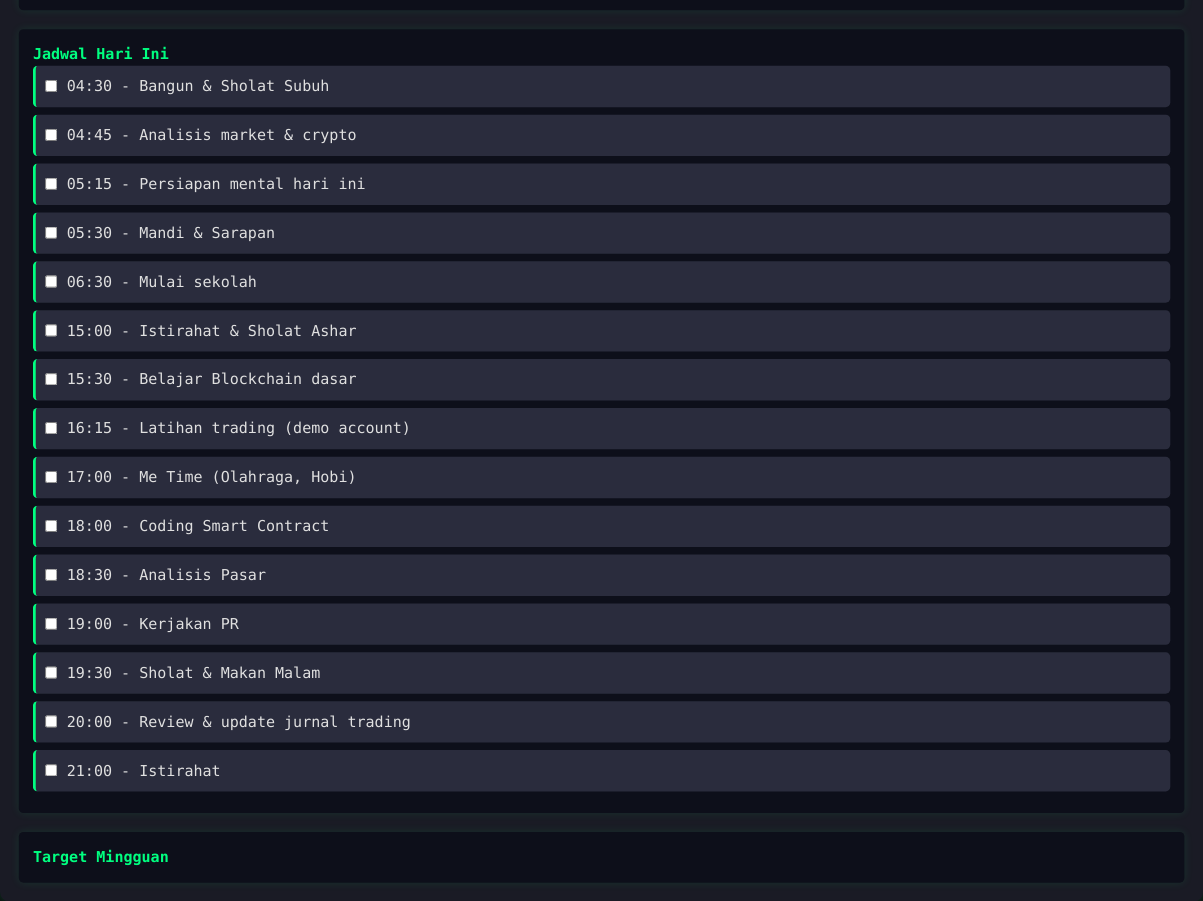
Repository: ALEX-RPL/To-Do-List
Page: index.html
These files come from the project's save history. The page is drawn as it stood at one moment and after the next save; the edit follows.
The browser window is 1280 px wide. The pictures show the whole page, at 94% of full size.
Some web libraries are served in a nearby version.

Above is the page before, as saved 2024-11-04 17:46:36.

### index.html
<!DOCTYPE html>
<html lang="id">
<head>
    <meta charset="UTF-8">
    <meta name="viewport" content="width=device-width, initial-scale=1.0">
    <title>Dashboard To-Do List Harian</title>
    <script src="https://cdn.tailwindcss.com"></script>
    <style>
        body {
            background-color: #0e0e10;
            color: #e0e0e0;
            font-family: Consolas, "Courier New", monospace;
            display: flex;
            justify-content: center;
            align-items: center;
            height: 100vh;
        }
        .container {
            max-width: 800px;
            padding: 20px;
            background: #1a1b25;
            border-radius: 10px;
            box-shadow: 0px 0px 10px rgba(0, 255, 128, 0.2);
        }
        .title {
            font-size: 2rem;
            color: #00ff80;
            text-align: center;
            margin-bottom: 20px;
        }
        .day-select {
            background-color: #2a2c3d;
            color: #e0e0e0;
            padding: 10px;
            border: 1px solid #00ff80;
            border-radius: 5px;
            width: 100%;
        }
        ul {
            list-style-type: none;
            padding: 0;
        }
        li {
            padding: 10px;
            background: #2a2c3d;
            margin-bottom: 8px;
            border-radius: 5px;
            border-left: 3px solid #00ff80;
            display: flex;
            align-items: center;
        }
        .highlight {
            color: #00ff80;
            font-weight: bold;
        }
        .card {
            background: #0d0f1a;
            padding: 15px;
            border-radius: 5px;
            margin-top: 20px;
            box-shadow: 0px 0px 10px rgba(0, 255, 128, 0.1);
        }
        .checkbox {
            margin-right: 10px;
        }
    </style>
</head>
<body>

<div class="container">
    <h1 class="title">Dashboard To-Do List Harian</h1>

    <div class="mb-4">
        <label for="day-select" class="block text-sm font-medium">Pilih Hari</label>
        <select id="day-select" class="day-select">
            <option value="Monday">Senin</option>
            <option value="Tuesday">Selasa</option>
            <option value="Wednesday">Rabu</option>
            <option value="Thursday">Kamis</option>
            <option value="Friday">Jumat</option>
            <option value="Saturday">Sabtu</option>
            <option value="Sunday">Minggu</option>
        </select>
    </div>

    <div class="card">
        <h2 class="highlight">Motivasi Harian</h2>
        <p id="motivation-text"></p>
    </div>

    <div class="card">
        <h2 class="highlight">Jadwal Hari Ini</h2>
        <ul id="schedule-list"></ul>
    </div>

    <div class="card">
        <h2 class="highlight">Target Mingguan</h2>
        <ul id="goals-list"></ul>
    </div>
</div>

<script>
    const jadwal = {
        "Monday": {
            "04:30": "Bangun & Sholat Subuh",
            "04:45": "Analisis market & crypto",
            "05:15": "Persiapan mental hari ini",
            "05:30": "Mandi & Sarapan",
            "06:30": "Mulai sekolah",
            "15:00": "Istirahat & Sholat Ashar",
            "15:30": "Belajar Blockchain dasar",
            "16:15": "Latihan trading (demo account)",
            "17:00": "Me Time (Olahraga, Hobi)",
            "18:00": "Coding Smart Contract",
            "18:30": "Analisis Pasar",
            "19:00": "Kerjakan PR",
            "19:30": "Sholat & Makan Malam",
            "20:00": "Review & update jurnal trading",
            "21:00": "Istirahat"
        },
        "Tuesday": {
            "04:30": "Bangun & Sholat Subuh",
            "04:45": "Analisis Teknikal",
            "05:15": "Persiapan Mental",
            "05:30": "Mandi & Sarapan",
            "06:30": "Mulai sekolah",
            "15:00": "Istirahat & Sholat Ashar",
            "15:30": "Belajar Python Dasar",
            "16:15": "Belajar Konsep AI",
            "17:00": "Me Time (Olahraga, Hobi)",
            "18:00": "Belajar Machine Learning Dasar",
            "18:30": "Membuat Trading Bot",
            "19:00": "Kerjakan PR",
            "19:30": "Sholat & Makan Malam",
            "20:00": "Review & Rencanakan besok",
            "21:00": "Istirahat"
        },
        "Wednesday": {
            "04:30": "Bangun & Sholat Subuh",
            "04:45": "Analisis Fundamental",
            "05:15": "Cek Pasar",
            "05:30": "Mandi & Sarapan",
            "06:30": "Mulai sekolah",
            "15:00": "Istirahat & Sholat Ashar",
            "15:30": "Cyber Security Basic",
            "16:15": "Network Security",
            "17:00": "Me Time (Olahraga, Hobi)",
            "18:00": "Ethical Hacking",
            "18:30": "Review Trading",
            "19:00": "Kerjakan PR",
            "19:30": "Sholat & Makan Malam",
            "20:00": "Review & Update jurnal",
            "21:00": "Istirahat"
        },
        "Thursday": {
            "04:30": "Bangun & Sholat Subuh",
            "04:45": "Analisis Chart",
            "05:15": "Review Portfolio",
            "05:30": "Mandi & Sarapan",
            "06:30": "Mulai sekolah",
            "15:00": "Istirahat & Sholat Ashar",
            "15:30": "Belajar Trading Patterns",
            "16:15": "Belajar Risk Management",
            "17:00": "Me Time (Olahraga, Hobi)",
            "18:00": "Belajar Trading Strategy",
            "18:30": "Psikologi Pasar",
            "19:00": "Kerjakan PR",
            "19:30": "Sholat & Makan Malam",
            "20:00": "Review & Update jurnal",
            "21:00": "Istirahat"
        },
        "Friday": {
            "04:30": "Bangun & Sholat Subuh",
            "04:45": "Review Mingguan",
            "05:15": "Tetapkan Tujuan",
            "05:30": "Mandi & Sarapan",
            "06:30": "Mulai sekolah",
            "15:00": "Istirahat & Sholat Ashar",
            "15:30": "Integrasi Proyek",
            "16:15": "Review Kode",
            "17:00": "Me Time (Olahraga, Hobi)",
            "18:00": "Jurnal Trading",
            "18:30": "Analisis Kinerja",
            "19:00": "Kerjakan PR",
            "19:30": "Sholat & Makan Malam",
            "20:00": "Review & Rencanakan besok",
            "21:00": "Istirahat"
        },
        "Saturday": {
            "08:00": "Deep Learning AI",
            "09:00": "Latihan Trading",
            "10:00": "Coding Proyek",
            "11:00": "Testing & Debug",
            "13:00": "Studi Teknologi Baru",
            "14:00": "Riset Pasar",
            "15:00": "Evaluasi Mingguan",
            "16:00": "Persiapan Minggu Depan",
            "17:00": "Me Time (Olahraga, Hobi)"
        },
        "Sunday": {
            "08:00": "Belajar Soft Skill",
            "09:00": "Rencanakan Minggu Depan",
            "10:00": "Revisi Materi",
            "11:00": "Belajar Proyek",
            "13:00": "Me Time (Olahraga, Hobi)",
            "15:00": "Membaca Buku",
            "16:00": "Persiapan Laporan",
            "17:00": "Cek dan Balas Email"
        }
    };

    const motivation = [
        "Setiap langkah kecil membawamu menuju tujuan yang besar.",
        "Ketekunan adalah kunci sukses.",
        "Setiap hari adalah kesempatan baru untuk berbuat lebih baik.",
        "Percayalah pada dirimu sendiri dan semua yang kamu capai.",
        "Jangan pernah menyerah, hasil yang baik membutuhkan waktu."
    ];

    function loadSchedule() {
        const day = document.getElementById("day-select").value;
        const scheduleList = document.getElementById("schedule-list");
        const motivationText = document.getElementById("motivation-text");

        // Clear previous schedule and motivation
        scheduleList.innerHTML = '';
        motivationText.innerHTML = '';

        // Set motivation
        const randomMotivation = motivation[Math.floor(Math.random() * motivation.length)];
        motivationText.innerHTML = randomMotivation;

        // Load the schedule for the selected day
        if (jadwal[day]) {
            for (const time in jadwal[day]) {
                const li = document.createElement("li");
                li.innerHTML = `<input type="checkbox" class="checkbox"> ${time} - ${jadwal[day][time]}`;
                scheduleList.appendChild(li);
            }
        }
    }

    document.getElementById("day-select").addEventListener("change", loadSchedule);
    window.onload = loadSchedule; // Load default schedule on page load
</script>

</body>
</html>

After the next save:
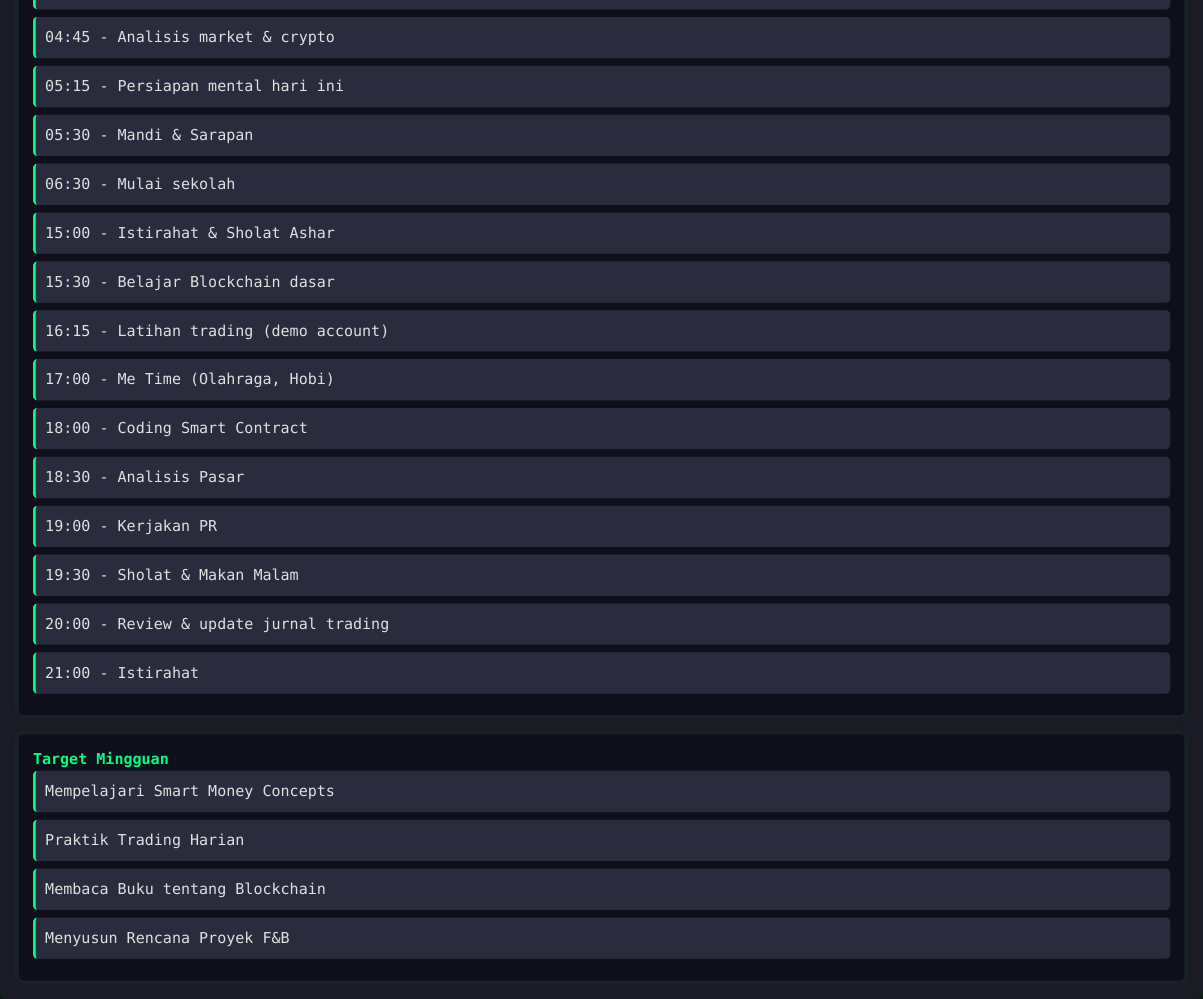
Saved 2 min 18 s later.
--- a/index.html
+++ b/index.html
@@ -48,6 +48,11 @@
             border-left: 3px solid #00ff80;
             display: flex;
             align-items: center;
+            cursor: pointer;
+        }
+        li.strike {
+            text-decoration: line-through;
+            color: #888; /* Faded color for struck-through items */
         }
         .highlight {
             color: #00ff80;
@@ -59,9 +64,6 @@
             border-radius: 5px;
             margin-top: 20px;
             box-shadow: 0px 0px 10px rgba(0, 255, 128, 0.1);
-        }
-        .checkbox {
-            margin-right: 10px;
         }
     </style>
 </head>
@@ -95,7 +97,12 @@
 
     <div class="card">
         <h2 class="highlight">Target Mingguan</h2>
-        <ul id="goals-list"></ul>
+        <ul id="goals-list">
+            <li>Mempelajari Smart Money Concepts</li>
+            <li>Praktik Trading Harian</li>
+            <li>Membaca Buku tentang Blockchain</li>
+            <li>Menyusun Rencana Proyek F&B</li>
+        </ul>
     </div>
 </div>
 
@@ -234,7 +241,10 @@
         if (jadwal[day]) {
             for (const time in jadwal[day]) {
                 const li = document.createElement("li");
-                li.innerHTML = `<input type="checkbox" class="checkbox"> ${time} - ${jadwal[day][time]}`;
+                li.textContent = `${time} - ${jadwal[day][time]}`;
+                li.addEventListener('click', function() {
+                    li.classList.toggle('strike');
+                });
                 scheduleList.appendChild(li);
             }
         }
